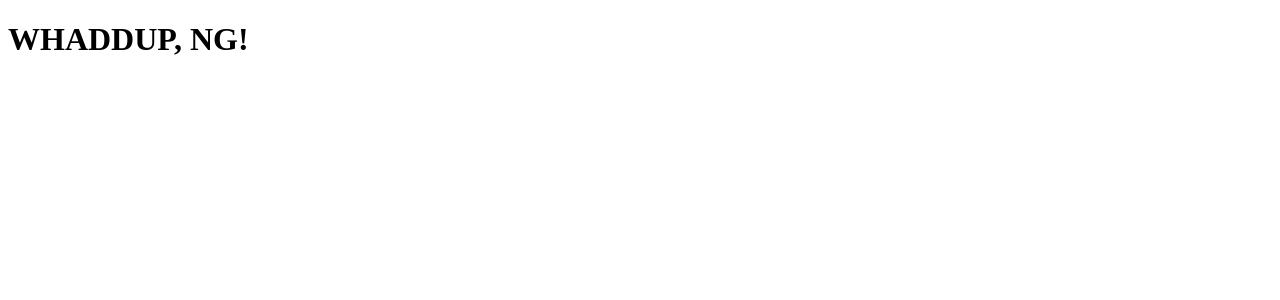
Repository: charlieactor/AngularLabs
Page: ngHandsOn/WebContent/index.html
An editor plug-in stored every save of this project. The page is shown before and after the next save, followed by the edit.
The browser window is 1280 px wide. The pictures show the whole page.
Some web libraries are served in a nearby version.

Above is the page before, as saved 2017-08-23 19:27:30.

### ngHandsOn/WebContent/index.html
<!DOCTYPE html>
<html>
<head>
<meta charset="UTF-8">
<title>Hello Angular</title>
<script src="https://cdnjs.cloudflare.com/ajax/libs/angular.js/1.5.7/angular.min.js"></script>
</head>
<body>
<h1>WHADDUP, NG!</h1>

</body>
</html>

After the next save:
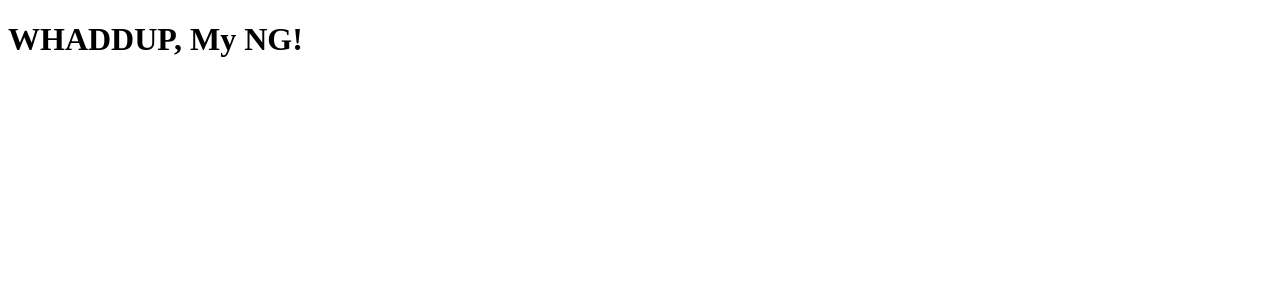
Saved 3 min 16 s later.
--- a/ngHandsOn/WebContent/index.html
+++ b/ngHandsOn/WebContent/index.html
@@ -6,7 +6,7 @@
 <script src="https://cdnjs.cloudflare.com/ajax/libs/angular.js/1.5.7/angular.min.js"></script>
 </head>
 <body>
-<h1>WHADDUP, NG!</h1>
+<h1>WHADDUP, My NG!</h1>
 
 </body>
 </html>

After the save that followed:
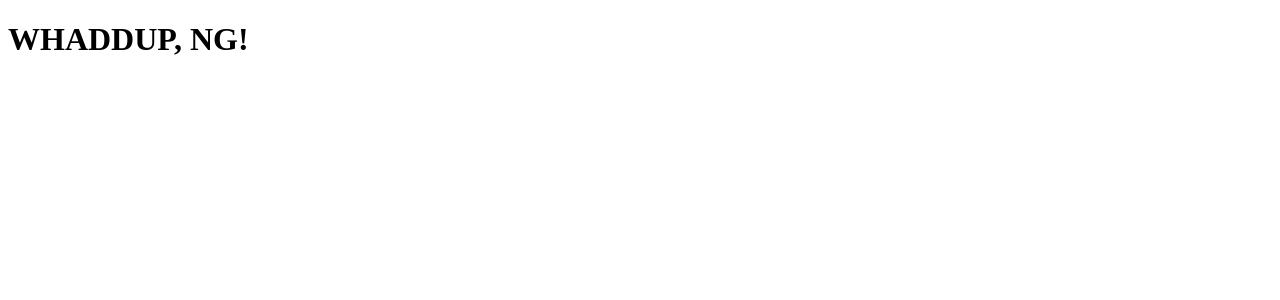
Saved 8 s later.
--- a/ngHandsOn/WebContent/index.html
+++ b/ngHandsOn/WebContent/index.html
@@ -6,7 +6,7 @@
 <script src="https://cdnjs.cloudflare.com/ajax/libs/angular.js/1.5.7/angular.min.js"></script>
 </head>
 <body>
-<h1>WHADDUP, My NG!</h1>
+<h1>WHADDUP, NG!</h1>
 
 </body>
 </html>
